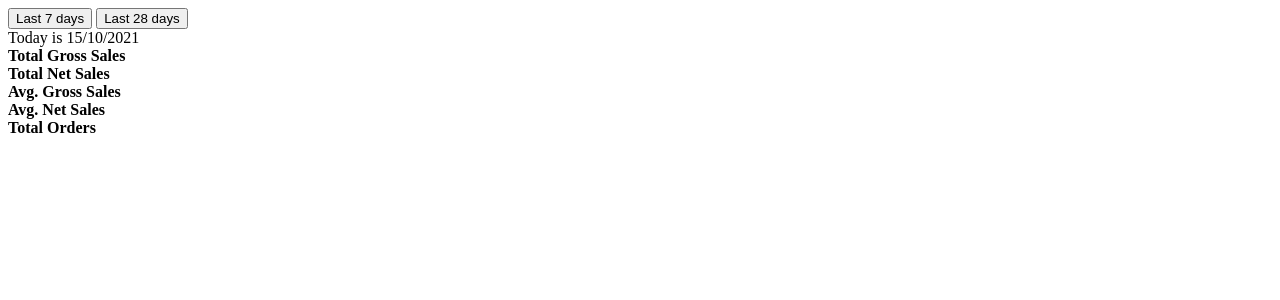
Repository: quockhuongtrann/Ecommerce-Website-With-Spring-Framework
Page: http://localhost/reports/sales_report_by_date
An editor plug-in stored every save of this project. The page is shown before and after the next save, followed by the edit.
The browser window is 1280 px wide. The pictures show the whole page.
The page is this project's Thymeleaf template; nobody is signed in. The template is opened directly, without the code that normally fills it, so the values that code supplies are empty.

Above is the page before, as saved 2023-01-18 11:40:29.

### ShopTqkProject/ShopTqkWebParent/ShopTqkBackend/src/main/resources/templates/reports/sales_report_by_date.html
<!DOCTYPE html>
<html xmlns:th="http://www.thymeleaf.org">
<body>
<div th:fragment="content" th:remove="tag">
	<div>
		<button period="last_7_days" class="btn btn-primary button-sales-by-date m-1">Last 7 days</button>
		<button period="last_28_days" class="btn btn-light button-sales-by-date m-1">Last 28 days</button>
		<div>Today is 15/10/2021</div>
	</div>

	<div id="chart_sales_by_date" class="justify-content-center mt-3">

	</div>

	<div class="row justify-content-center">
		<div class="col-2-sm">
			<div class="card">
				<div class="card-header"><b>Total Gross Sales</b></div>
				<div class="card-body">
					<span class="h3" id="textTotalGrossSales"></span>
				</div>
			</div>
		</div>

		<div class="col-2-sm">
			<div class="card">
				<div class="card-header"><b>Total Net Sales</b></div>
				<div class="card-body">
					<span class="h3" id="textTotalNetSales"></span>
				</div>
			</div>
		</div>

		<div class="col-2-sm">
			<div class="card">
				<div class="card-header"><b>Avg. Gross Sales</b></div>
				<div class="card-body">
					<span class="h3" id="textAvgGrossSales"></span>
				</div>
			</div>
		</div>

		<div class="col-2-sm">
			<div class="card">
				<div class="card-header"><b>Avg. Net Sales</b></div>
				<div class="card-body">
					<span class="h3" id="textAvgNetSales"></span>
				</div>
			</div>
		</div>

		<div class="col-2-sm">
			<div class="card">
				<div class="card-header"><b>Total Orders</b></div>
				<div class="card-body">
					<span class="h3" id="textTotalOrders"></span>
				</div>
			</div>
		</div>
	</div>
</div>

</body>
</html>

After the next save:
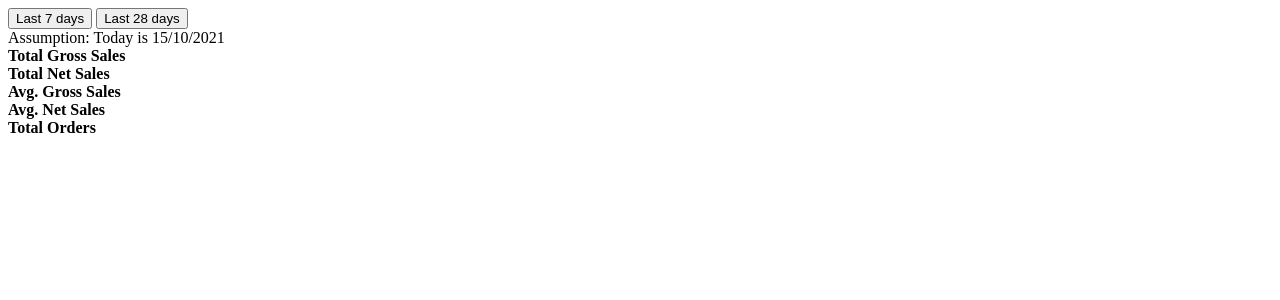
Saved 43 s later.
--- a/ShopTqkProject/ShopTqkWebParent/ShopTqkBackend/src/main/resources/templates/reports/sales_report_by_date.html
+++ b/ShopTqkProject/ShopTqkWebParent/ShopTqkBackend/src/main/resources/templates/reports/sales_report_by_date.html
@@ -5,7 +5,7 @@
 	<div>
 		<button period="last_7_days" class="btn btn-primary button-sales-by-date m-1">Last 7 days</button>
 		<button period="last_28_days" class="btn btn-light button-sales-by-date m-1">Last 28 days</button>
-		<div>Today is 15/10/2021</div>
+		<div>Assumption: Today is 15/10/2021</div>
 	</div>
 
 	<div id="chart_sales_by_date" class="justify-content-center mt-3">
